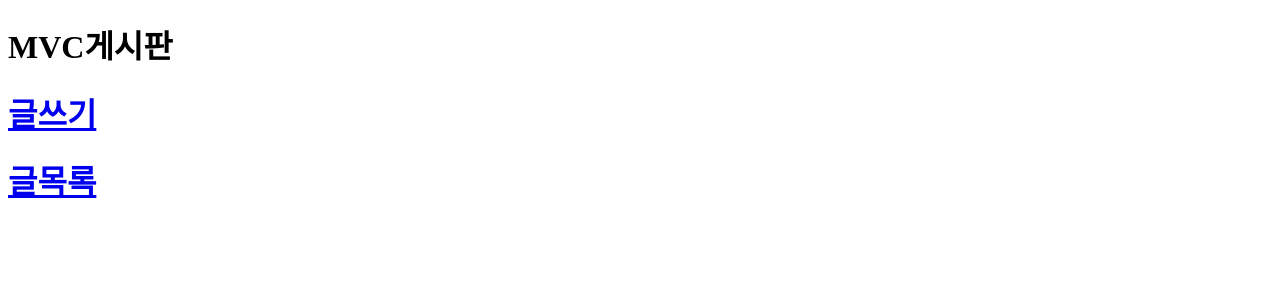
Repository: ReadStar/Jsp_MVC
Page: http://localhost/MVC_Board/
These files come from the project's save history. The page is drawn as it stood at one moment and after the next save; the edit follows.
The browser window is 1280 px wide. The pictures show the whole page.
The page is served by Tomcat 9. Other server files are loaded and not shown.

Above is the page before, as saved 2020-11-24 00:29:17.

### MVC_Board/WebContent/index.jsp
<%@ page language="java" contentType="text/html; charset=UTF-8"
    pageEncoding="UTF-8"%>
<!DOCTYPE html>
<html>
<head>
<meta charset="UTF-8">
<title>Insert title here</title>
</head>
<body>
	<section></section>
	<h1>MVC게시판</h1>
	<h1><a href="BoardWriteForm.bo">글쓰기</a></h1>
	<h1><a href="BoardList.bo">글목록</a></h1>
</body>
</html>

After the next save:
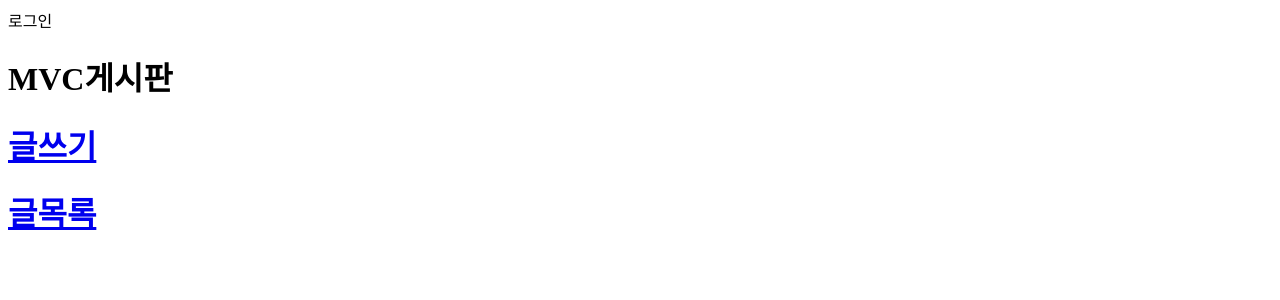
Saved 5 s later.
--- a/MVC_Board/WebContent/index.jsp
+++ b/MVC_Board/WebContent/index.jsp
@@ -7,7 +7,7 @@
 <title>Insert title here</title>
 </head>
 <body>
-	<section></section>
+	<section>로그인</section>
 	<h1>MVC게시판</h1>
 	<h1><a href="BoardWriteForm.bo">글쓰기</a></h1>
 	<h1><a href="BoardList.bo">글목록</a></h1>
